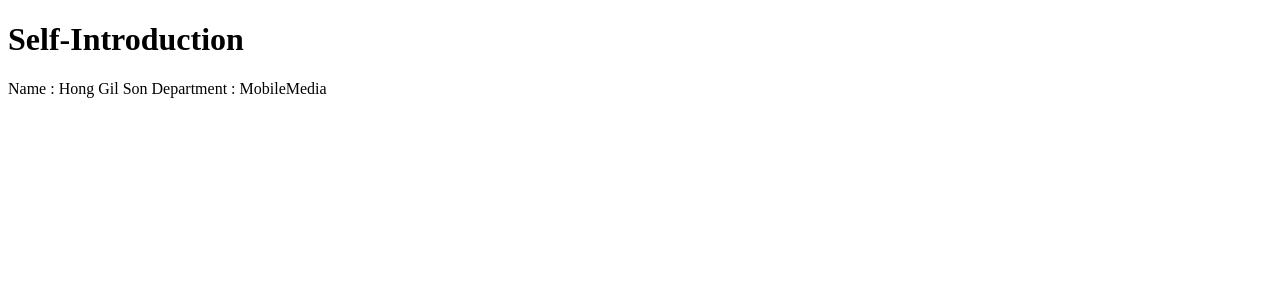
Repository: bobo1201/jspwork
Page: http://localhost/JSPBook/HelloJSP3.jsp
The author's editor kept a copy of each file at every save. The page is drawn from the files as they stood at one save, then again after the next save.
The browser window is 1280 px wide. The pictures show the whole page.
The page is served by Tomcat 9.

Above is the page before, as saved 2023-02-27 01:49:52.

After the next save:
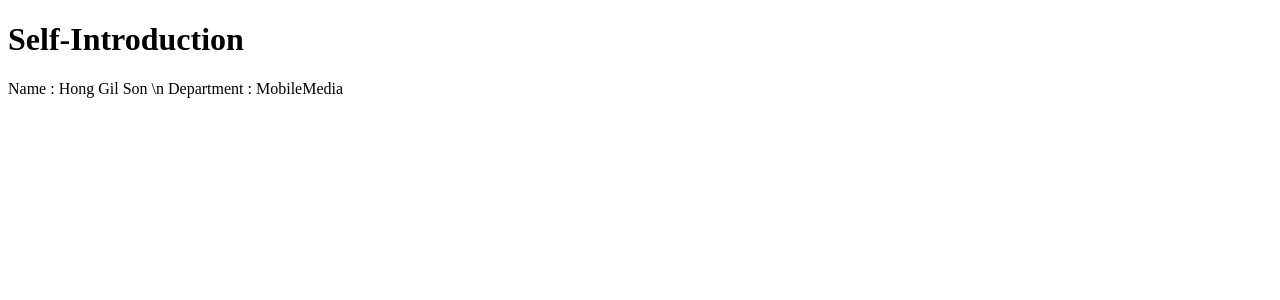
Saved 12 s later.
--- a/JSPBook/src/main/webapp/HelloJSP3.jsp
+++ b/JSPBook/src/main/webapp/HelloJSP3.jsp
@@ -8,7 +8,7 @@
 </head>
 <body>
 	<h1>Self-Introduction</h1>
-	Name : Hong Gil Son
+	Name : Hong Gil Son \n
 	Department : MobileMedia
 </body>
 </html>
